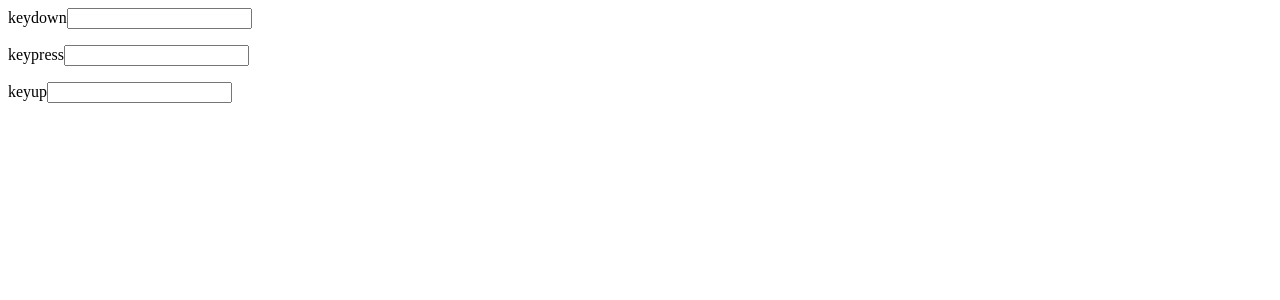
Repository: shbaksa/study
Page: http://localhost/mw_0621/javascript/keyevent.jsp
The author's editor kept a copy of each file at every save. The page is drawn from the files as they stood at one save, then again after the next save.
The browser window is 1280 px wide. The pictures show the whole page.
The page is served by Tomcat 9.

Above is the page before, as saved 2022-06-21 05:17:23.

### mw_0621/src/main/webapp/javascript/keyevent.jsp
<%@ page language="java" contentType="text/html; charset=UTF-8"
    pageEncoding="UTF-8"%>
<!DOCTYPE html>
<html>
<head>
<meta charset="UTF-8">
<title>Insert title here</title>
	<script>
		function chk()
		{
			alert();
		}
	</script>
</head>
<body>	<!-- keyevent.jsp : keydown, keypress, keyup -->


	keydown<input type="text" onkeydown="chk()"> <p>
	keypress<input type="text" onkeypress="chk()"> <p>
	keyup<input type="text" onkeyup="chk()"> <p>


</body>
</html>

After the next save:
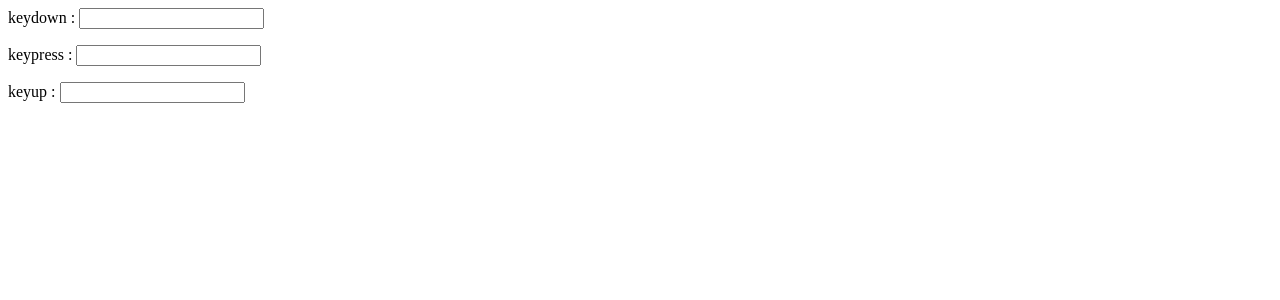
Saved 11 s later.
--- a/mw_0621/src/main/webapp/javascript/keyevent.jsp
+++ b/mw_0621/src/main/webapp/javascript/keyevent.jsp
@@ -15,9 +15,9 @@
 <body>	<!-- keyevent.jsp : keydown, keypress, keyup -->
 
 
-	keydown<input type="text" onkeydown="chk()"> <p>
-	keypress<input type="text" onkeypress="chk()"> <p>
-	keyup<input type="text" onkeyup="chk()"> <p>
+	keydown : <input type="text" onkeydown="chk()"> <p>
+	keypress : <input type="text" onkeypress="chk()"> <p>
+	keyup : <input type="text" onkeyup="chk()"> <p>
 
 
 </body>
